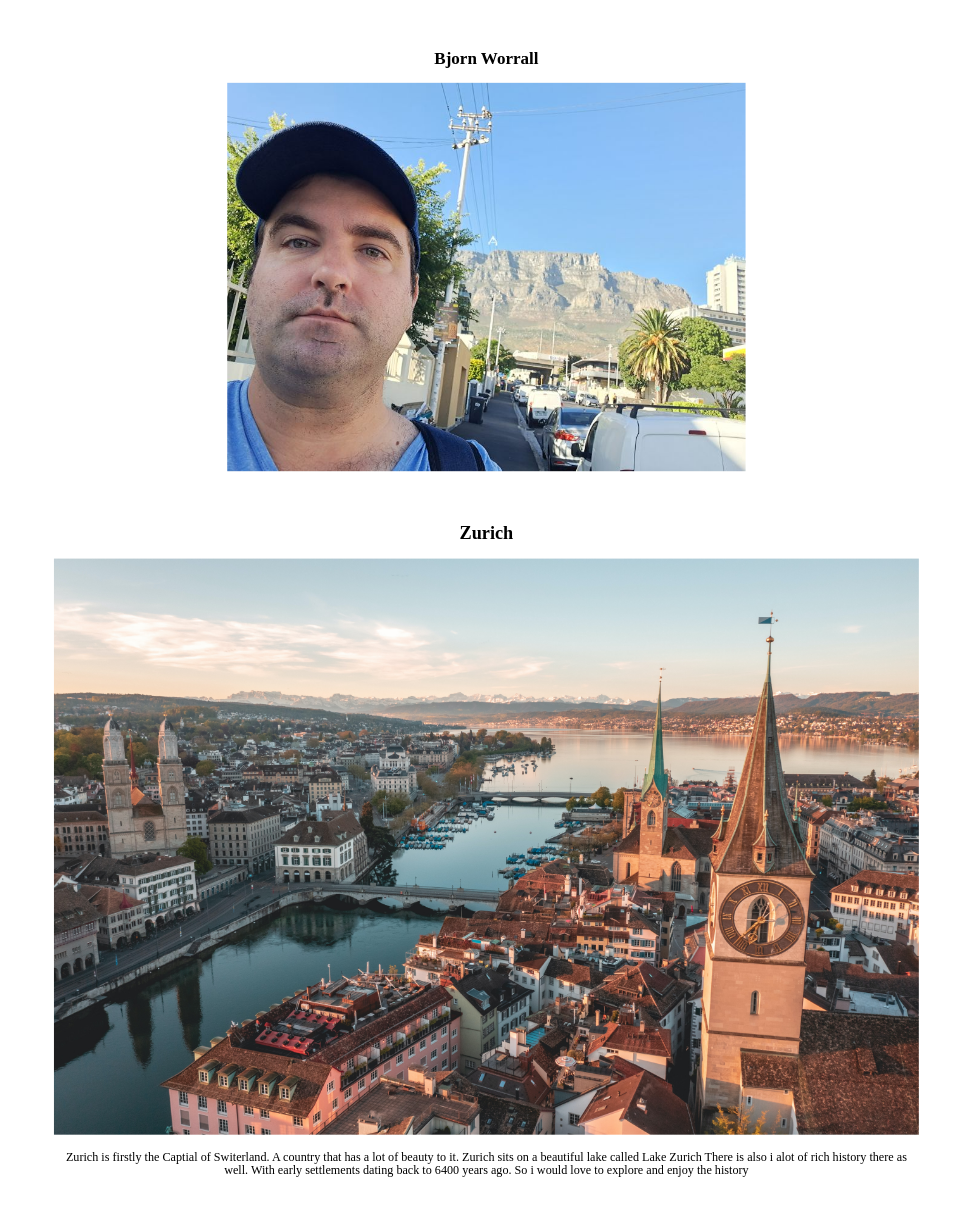
Repository: lasity34/basic-webpage
Page: index.html
An editor plug-in stored every save of this project. The page is shown before and after the next save, followed by the edit.
The browser window is 1280 px wide. The pictures show the whole page, at 76% of full size.

Above is the page before, as saved 2023-03-02 09:46:50.

### index.html
<!DOCTYPE html>
<html lang="en">
  <link rel="stylesheet" type="text/css" href="styles.css" />
  <link rel="preconnect" href="https://fonts.googleapis.com">
<link rel="preconnect" href="https://fonts.gstatic.com" crossorigin>
<link href="https://fonts.googleapis.com/css2?family=Caveat&display=swap" rel="stylesheet">
  <head>
    <meta charset="UTF-8" />
    <meta http-equiv="X-UA-Compatible" content="IE=edge" />
    <meta name="viewport" content="width=device-width, initial-scale=1.0" />
    <title>Bjorns Profile Reponsive</title>
  </head>
  <body>
    <main>
      <section id="profile_section">
        <h1 id="profile_name">Bjorn Worrall</h1>
        <div id="img_container">
          <img id="profile_img" src="./images/profile.jpg" alt="A picture of me with table Mountain at the back" />
        </div>
      </section>
      <section id="city_section">
        <h1>Zurich</h1>
        <img src="./images/zurich.jpg" width="100%" />
        <p>
          Zurich is firstly the Captial of Switerland. A country that has a lot
          of beauty to it. Zurich sits on a beautiful lake called Lake Zurich
          There is also i alot of rich history there as well. With early settlements
           dating back to 6400 years ago. So i would love to explore and enjoy the history
        </p>
      </section>
    </main>
  </body>
</html>

### styles.css
main {
  max-width: 90%;
  margin: 3rem auto;
}

section {
    margin-top: 4rem;
}



#profile_name {
  font-size: 1.4rem;
  text-align: center;
}

#img_container {
  text-align: center;
}

#profile_img {
  width: 60%;
}

#city_section {
    text-align: center;
}

After the next save:
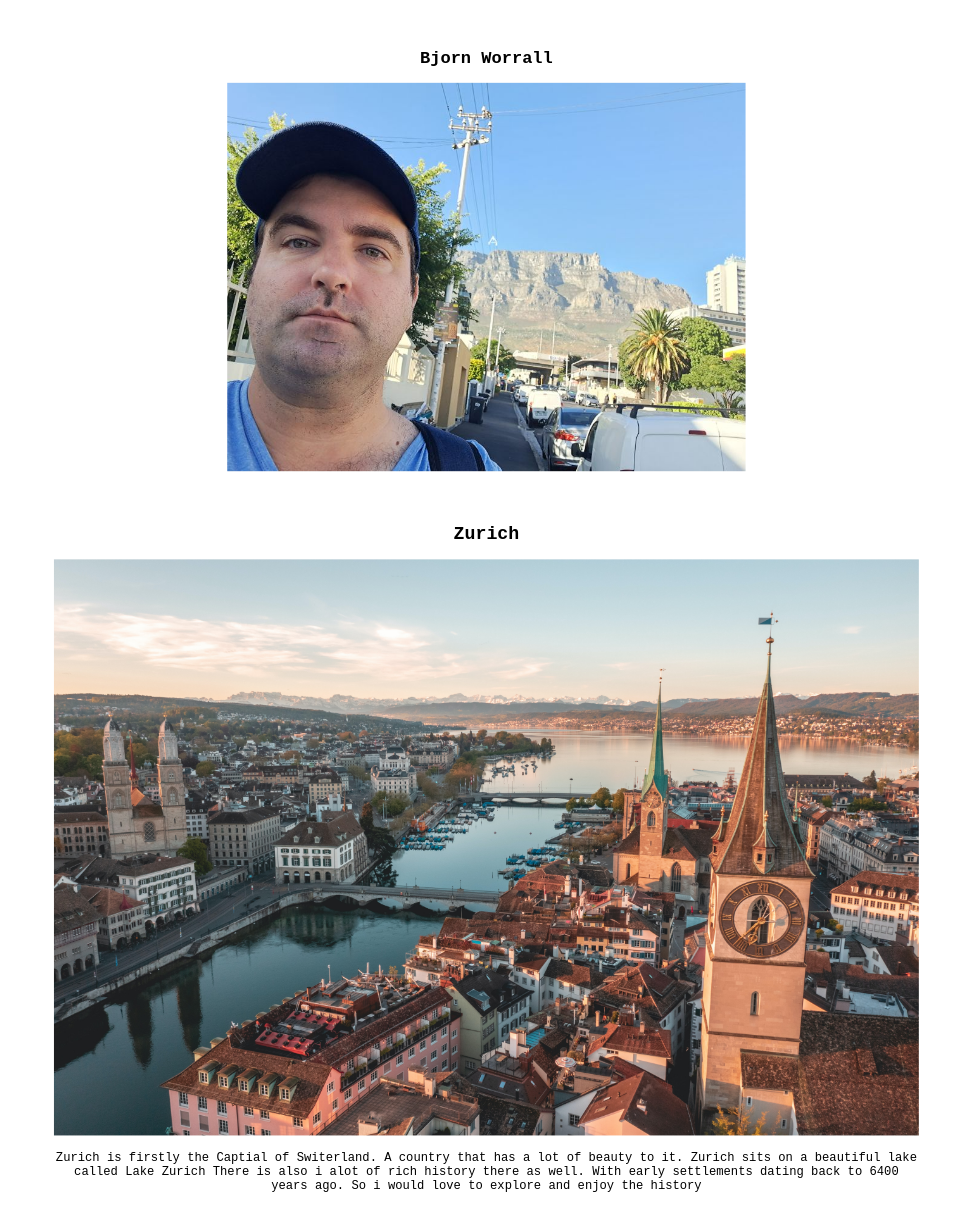
Saved 63 s later.
--- a/styles.css
+++ b/styles.css
@@ -1,3 +1,7 @@
+body {
+    font-family: 'Courier New', Courier, monospace;
+}
+
 main {
   max-width: 90%;
   margin: 3rem auto;
